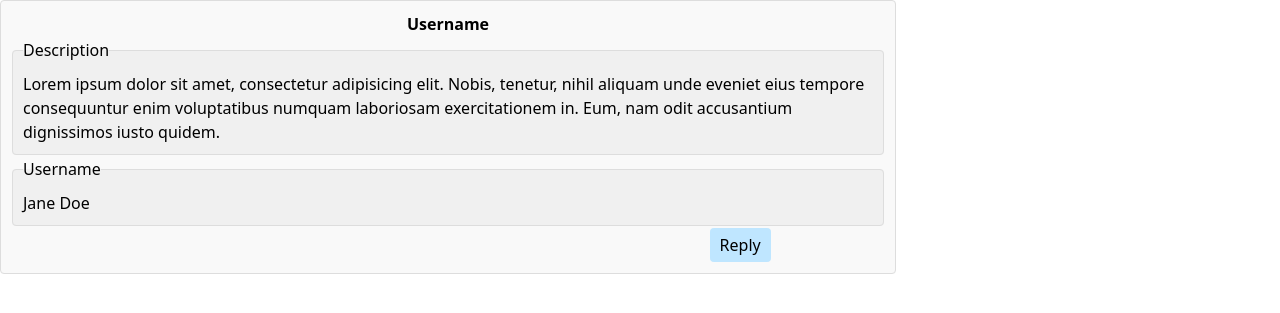
Repository: Yahya9102/Java22-ux22-Sideproject-main
Page: /
An editor plug-in stored every save of this project. The page is shown before and after the next save, followed by the edit.
The browser window is 1280 px wide. The pictures show the whole page.
The project was rebuilt for these pictures with package versions that can differ from the ones it lists, and the page was loaded fresh each time. The framework's server and built-in components were replaced by stand-ins that run in the browser. Also part of the build but not shown: next.config.js.

Above is the page before, as saved 2023-04-13 10:21:33.

After the next save:
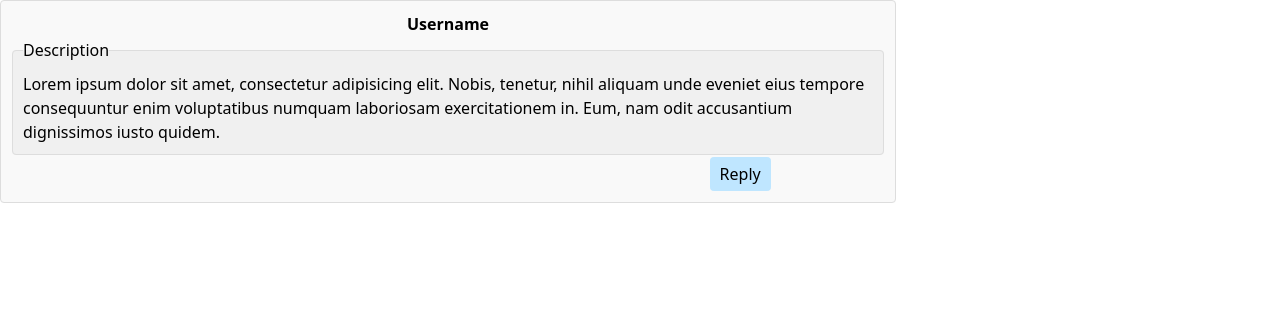
Saved 51 s later.
--- a/p-components/body.tsx
+++ b/p-components/body.tsx
@@ -28,14 +28,7 @@ const Body: NextPage<Props> = ({}) => {
               </fieldset>
             </td>
           </tr>
-          <tr>
-            <td>
-              <fieldset className={styles.fieldset_row}>
-                <legend>Username</legend>
-                <p>Jane Doe</p>
-              </fieldset>
-            </td>
-          </tr>
+
           <tr>
             <td>
               <button className={styles.table_button}>Reply</button>
